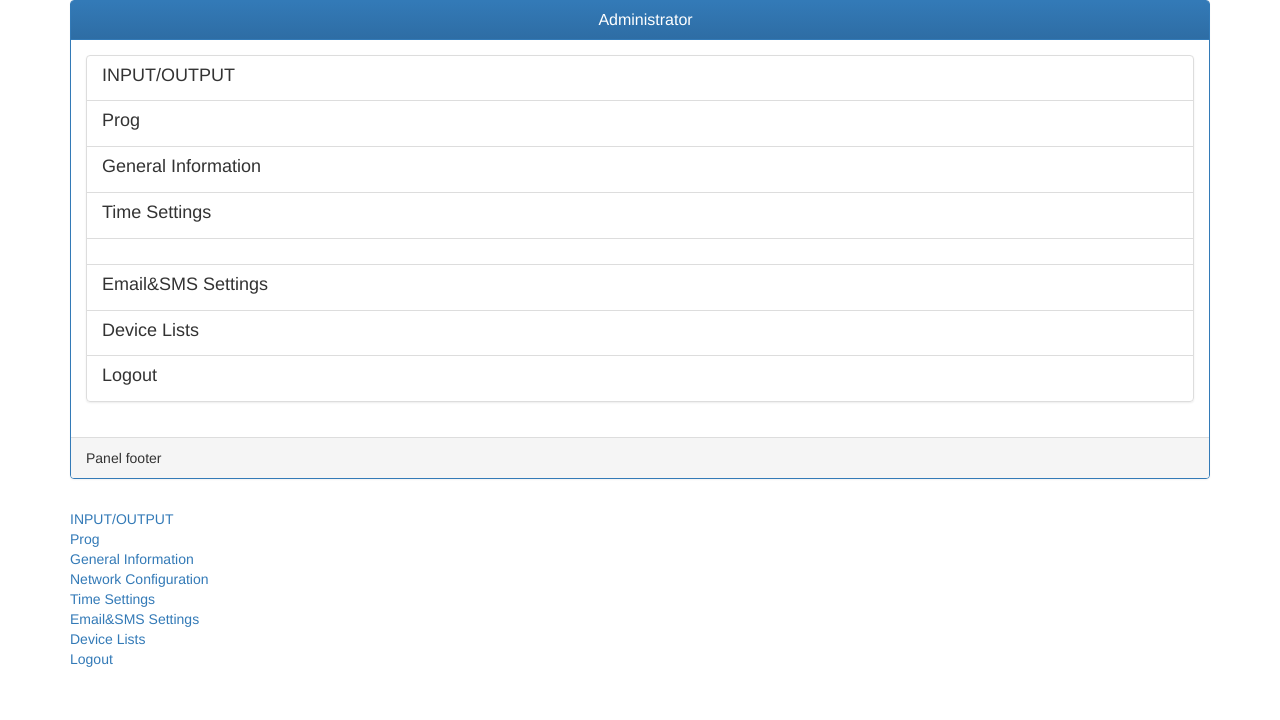
Repository: binhpham1909/EclipseCpp
Page: SwitchControler_v1/HTMLSource/admin.html
An editor plug-in stored every save of this project. The page is shown before and after the next save, followed by the edit.
The browser window is 1280 px wide. The pictures show the whole page.
The page's requests for data from a server got no answer.

Above is the page before, as saved 2017-02-09 09:02:42.

### SwitchControler_v1/HTMLSource/admin.html
<!DOCTYPE html>
<html lang="en">
<head>
<meta charset="utf-8">
<title>Administration</title>
<meta name="description" content="">
<meta name="author" content="Anh Nguyen Tuan">
<meta name="viewport" content="width=device-width, initial-scale=1">
<link rel="icon" type="image/png" href="/favicon.png">
<link rel="stylesheet" href="css/bootstrap.min.css">
<script src="js/jquery.min.js"></script>
<link rel="stylesheet" href="css/main.css">
</head>
<body>
<div class="container">
	<div class="panel panel-primary">
		<div class="panel-heading">
			<div class="input-group">
				<div class="input-group-btn"></div>
				<div class="input-group-btn">
					<h3 class="panel-title" id="lbNetworkSettings">Administrator</h3>
				</div>
			</div>
		</div>
		<div class="panel-body">
			<div class="list-group">
				<a href="gpio.html" class="list-group-item list-group-item-default">
					<h4 class="list-group-item-heading">INPUT/OUTPUT</h4>
				</a>
				<a href="prog.html" class="list-group-item list-group-item-default">
					<h4 class="list-group-item-heading">Prog</h4>
				</a>
				<a href="general.html" class="list-group-item list-group-item-default">
					<h4 class="list-group-item-heading">General Information</h4>
				</a>
				<a href="network.html" class="list-group-item list-group-item-default">
					<h4 class="list-group-item-heading">Time Settings</h4>
				</a>
				<a href="time.html" class="list-group-item list-group-item-default">
					<h4 class="list-group-item-heading"></h4>
				</a>
				<a href="email.html" class="list-group-item list-group-item-default">
					<h4 class="list-group-item-heading">Email&amp;SMS Settings</h4>
				</a>
				<a href="device.html" class="list-group-item list-group-item-default">
					<h4 class="list-group-item-heading">Device Lists</h4>
				</a>
				<a href="logout" class="list-group-item list-group-item-default">
					<h4 class="list-group-item-heading">Logout</h4>
				</a>
			</div>
		</div>
		<div class="panel-footer">
		Panel footer
		</div>
	</div>
</div>
<div class="container">
	<div class="eleven twelve"><h5 id="deviceName" style="text-align: center;"> </h5></div>
	<div><a class="button button-primary buttonWidth" href="gpio.html">INPUT/OUTPUT</a></div>
	<div><a class="button button-primary buttonWidth" href="prog.html">Prog</a></div>
	<div><a class="button button-primary buttonWidth" href="general.html">General Information</a></div>
	<div><a class="button button-primary buttonWidth" href="network.html">Network Configuration</a></div>
	<div><a class="button button-primary buttonWidth" href="time.html">Time Settings</a></div>
	<div><a class="button button-primary buttonWidth" href="email.html">Email&amp;SMS Settings</a></div>
	<div><a class="button button-primary buttonWidth" href="device.html">Device Lists</a></div>
	<div><a class="button button-primary buttonWidth" href="logout">Logout</a></div>
<script>
$(function() {
	$.getJSON("/getdeviceinfo", function(obj) {
		try {
			$("#deviceName").html(obj["name"]);
		} catch (err) {
		}
	});
});
</script>
</div>
</body>
</html>

### SwitchControler_v1/HTMLSource/css/main.css
html, body, .container-table {
    height: 100%;
}
.container-table {
    display: table;
}
.vertical-center-row {
    display: table-cell;
    vertical-align: middle;
}

.onoffswitch {
    position: relative; width: 110px;
    -webkit-user-select:none; -moz-user-select:none; -ms-user-select: none;
}

.onoffswitch-checkbox {
    display: none;
}

.onoffswitch-label {
    display: block; overflow: hidden; cursor: pointer;
    border: 2px solid #999999; border-radius: 20px;
}

.onoffswitch-inner {
    display: block; width: 200%; margin-left: -100%;
    transition: margin 0.3s ease-in 0s;
}

.onoffswitch-inner:before, .onoffswitch-inner:after {
    display: block; float: left; width: 50%; height: 30px; padding: 0; line-height: 30px;
    font-size: 14px; color: white; font-family: Trebuchet, Arial, sans-serif; font-weight: bold;
    box-sizing: border-box;
}

.onoffswitch-inner:before {
    content: "ON";
    padding-left: 10px;
    background-color: #34A7C1; color: #FFFFFF;
}

.onoff1switch-inner:before {
    content: "ON";
    padding-left: 10px;
    background-color: #E80F0F; color: #FFFFFF;
}


.onoffswitch-inner:after {
    content: "OFF";
    padding-right: 10px;
    background-color: #EEEEEE; color: #999999;
    text-align: right;
}
.alarmDisarm:before{
	content: "Alarm";
}
.alarmDisarm:after{
	content: "Disarm";
}
.armedDisarmed:before{
	content: "Armed";
}
.armedDisarmed:after{
	content: "Disarmed";
}
.openClose:before{
	content: "Open";
}
.openClose:after{
	content: "Closed";
}
.redBgrd-inner:before{
	 background-color: #FF0000;
}
.redBgrd-inner:after{
	 background-color: #EEEEEE;
}
.okLowBatt:before{
	content: "OK";
	background-color: #04ff00;
}
.okLowBatt:after{
	content: "Low BATT";
	background-color: #ffee00;
}
.onoffswitch-switch {
    display: block; width: 18px; margin: 6px;
    background: #FFFFFF;
    position: absolute; top: 0; bottom: 0;
    right: 76px;
    border: 2px solid #999999; border-radius: 20px;
    transition: all 0.3s ease-in 0s;
}

.onoffswitch-checkbox:checked + .onoffswitch-label .onoffswitch-inner {
    margin-left: 0;
}

.onoffswitch-checkbox:checked + .onoffswitch-label .onoffswitch-switch {
    right: 0px;
}

.onoffswitch-checkbox:disabled + .onoffswitch-label .onoffswitch-switch {
	display: none;
	transition: all 0s ease-in 0s;
    -webkit-transition: none;
    transition: none;
}
fieldset.withBorder {
	border-width: 1px;
	padding-left: 10px;
	padding-right: 10px;
	padding-bottom: 10px;
}
legend.withBorder {
	padding-left: 5px;
	padding-right: 5px;
	font-size: 110%;
	color: #222;
}
.buttonWidth {
	width: 100%;
}
.backButton {
	width: 40px;
	padding: 0px;
	border: 0px;
}
.titleBar {
	font-weight: 300;
	font-size: 1.8rem;
	letter-spacing: -.05rem;
	padding-left: 8px;
}
.errorMessage {
	color: #ff0000;
	display: none;
	padding: 0;
	margin-top: 0;
}
.infoMessage {
	color: #006600;
	display: none;
	padding: 0;
	margin-top: 0;
}
.press{
	width:80px;
	height:80px;
	border-radius: 50%;
	line-height: 80px;
	box-sizing: border-box;
	padding: 0px;
}

Loaded but not shown: SwitchControler_v1/HTMLSource/css/bootstrap.min.css (library); SwitchControler_v1/HTMLSource/js/jquery.min.js (library)

After the next save:
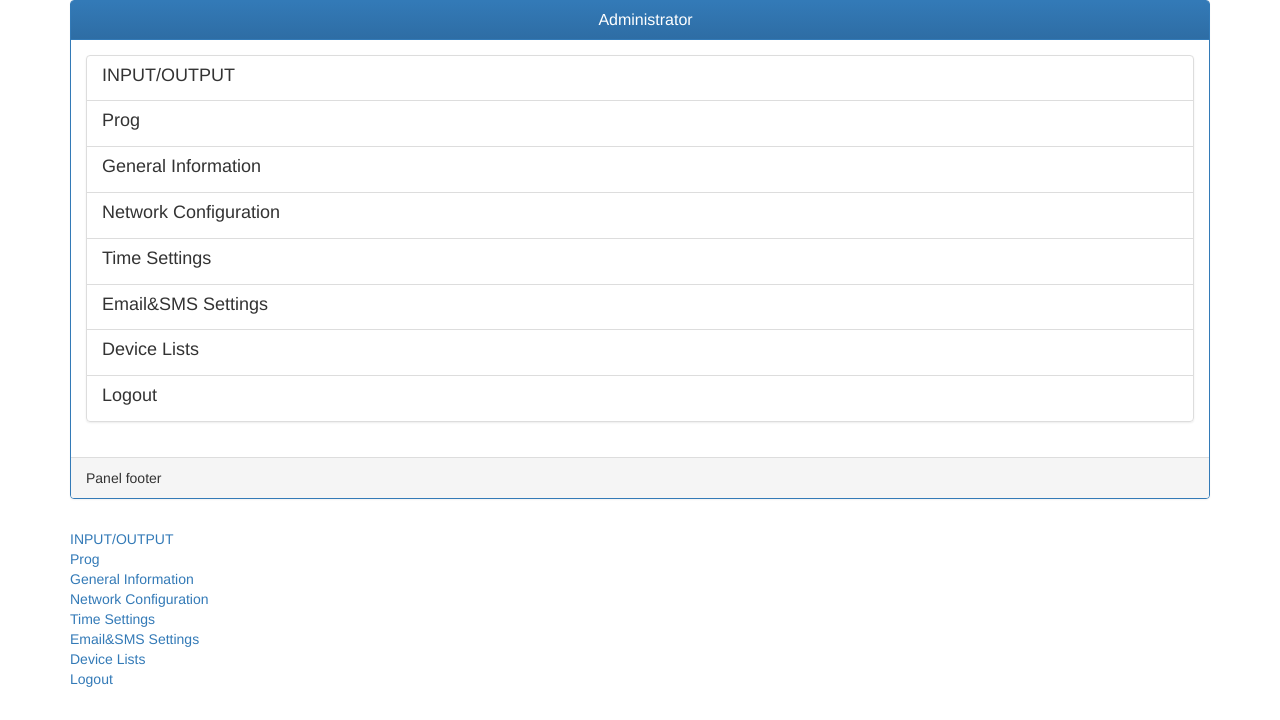
Saved 18 s later.
--- a/SwitchControler_v1/HTMLSource/admin.html
+++ b/SwitchControler_v1/HTMLSource/admin.html
@@ -34,10 +34,10 @@
 					<h4 class="list-group-item-heading">General Information</h4>
 				</a>
 				<a href="network.html" class="list-group-item list-group-item-default">
-					<h4 class="list-group-item-heading">Time Settings</h4>
+					<h4 class="list-group-item-heading">Network Configuration</h4>
 				</a>
 				<a href="time.html" class="list-group-item list-group-item-default">
-					<h4 class="list-group-item-heading"></h4>
+					<h4 class="list-group-item-heading">Time Settings</h4>
 				</a>
 				<a href="email.html" class="list-group-item list-group-item-default">
 					<h4 class="list-group-item-heading">Email&amp;SMS Settings</h4>
